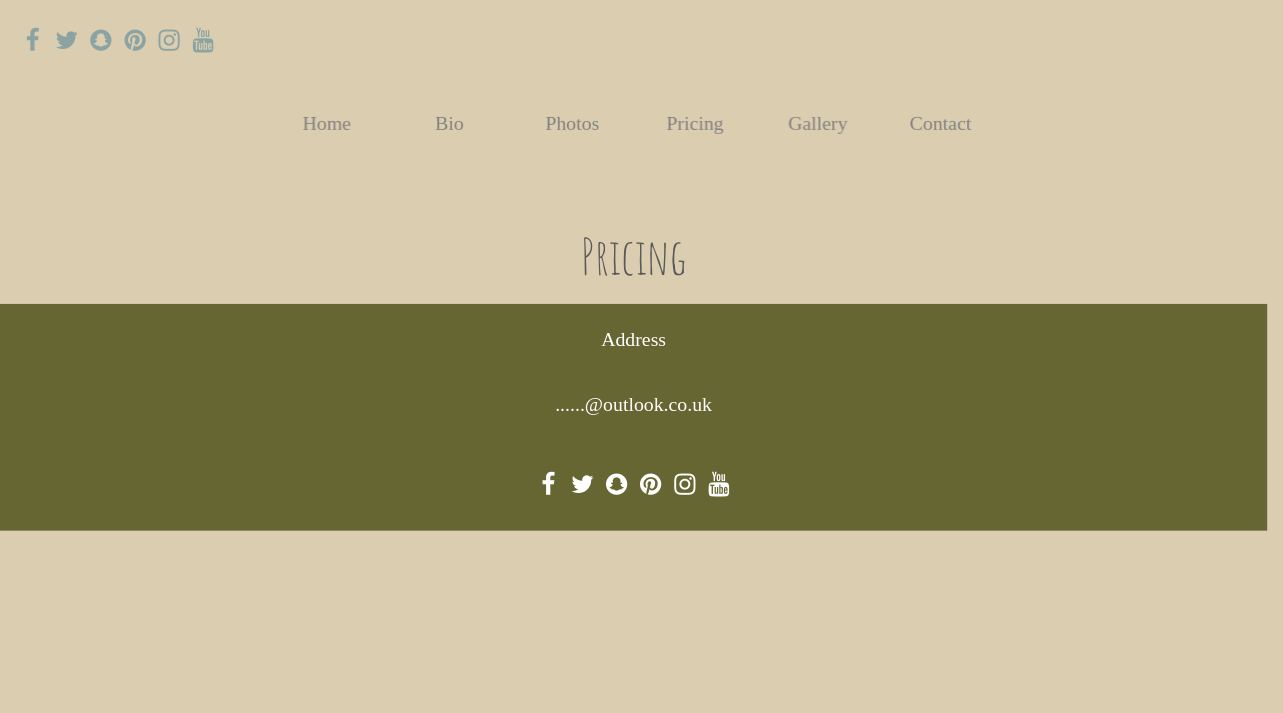
Repository: elizabeth24602/LoaderMedia
Page: pricing.html
The author's editor kept a record of every edit. The page is drawn from the files as they stood at one moment, then again after the next edit.
The browser window is 1280 px wide. The page is 1296 px wide, so the pictures cover 1296 px, including what lies to the right of the window. The pictures show the whole page, at 99% of full size.
Some web fonts or font styles are not loaded; a fallback is used. Some web libraries are served in a nearby version.

Above is the page before.
Console error: TypeError: Cannot read properties of null (reading 'textContent')
Not found: Assests/images/

After the next edit:
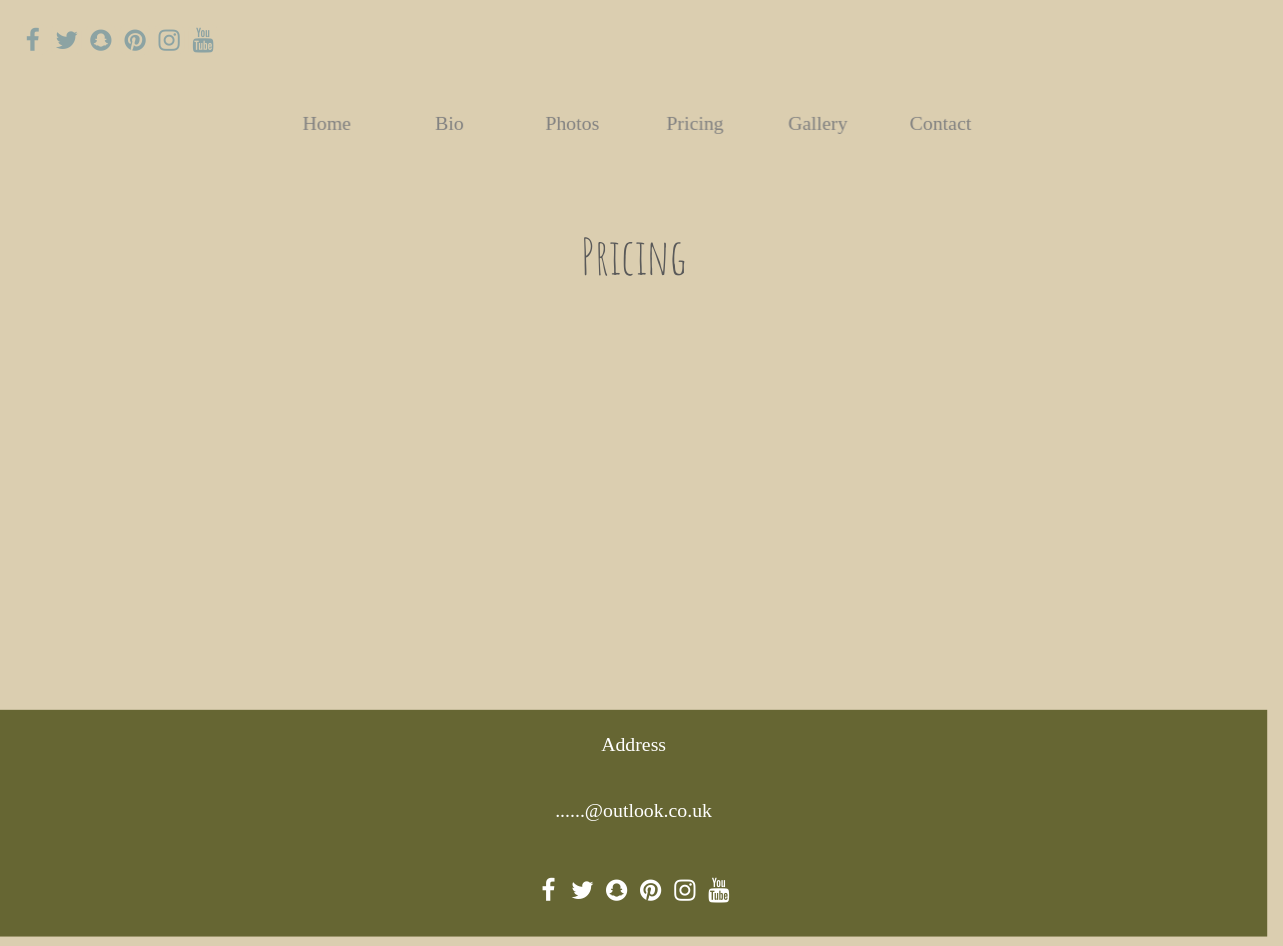
The edit:
--- a/pricing.html
+++ b/pricing.html
@@ -161,6 +161,10 @@
     }]
   </script>
 
+
+        <div id="container" style="min-width: 310px; height: 400px; max-width: 600px; margin: 0 auto"></div>
+
+
     </section>
 
     <footer class="bottom">
